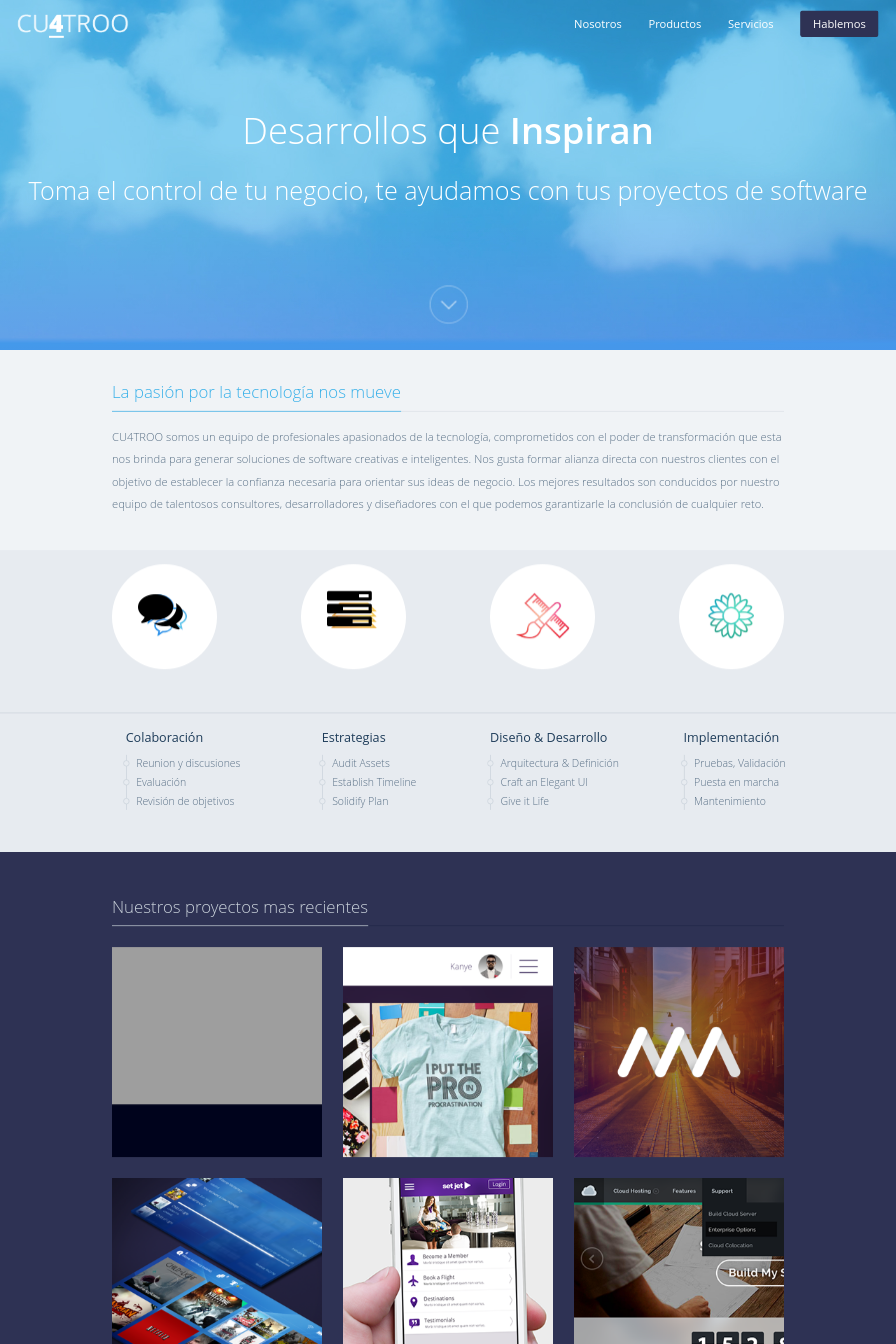
Repository: cuatroo/website
Page: index.html
The author's editor kept a record of every edit. The page is drawn from the files as they stood at one moment, then again after the next edit.
The browser window is 1280 px wide. The pictures show the part of the page from y = 0 to 1920 px (the page is 3294 px tall), at 70% of full size.
Pictures or frames that could not be fetched are drawn as grey boxes. Some web libraries are served in a nearby version.

Above is the page before.
Console error (its wording comes from the project's code and is left out).

After the next edit:
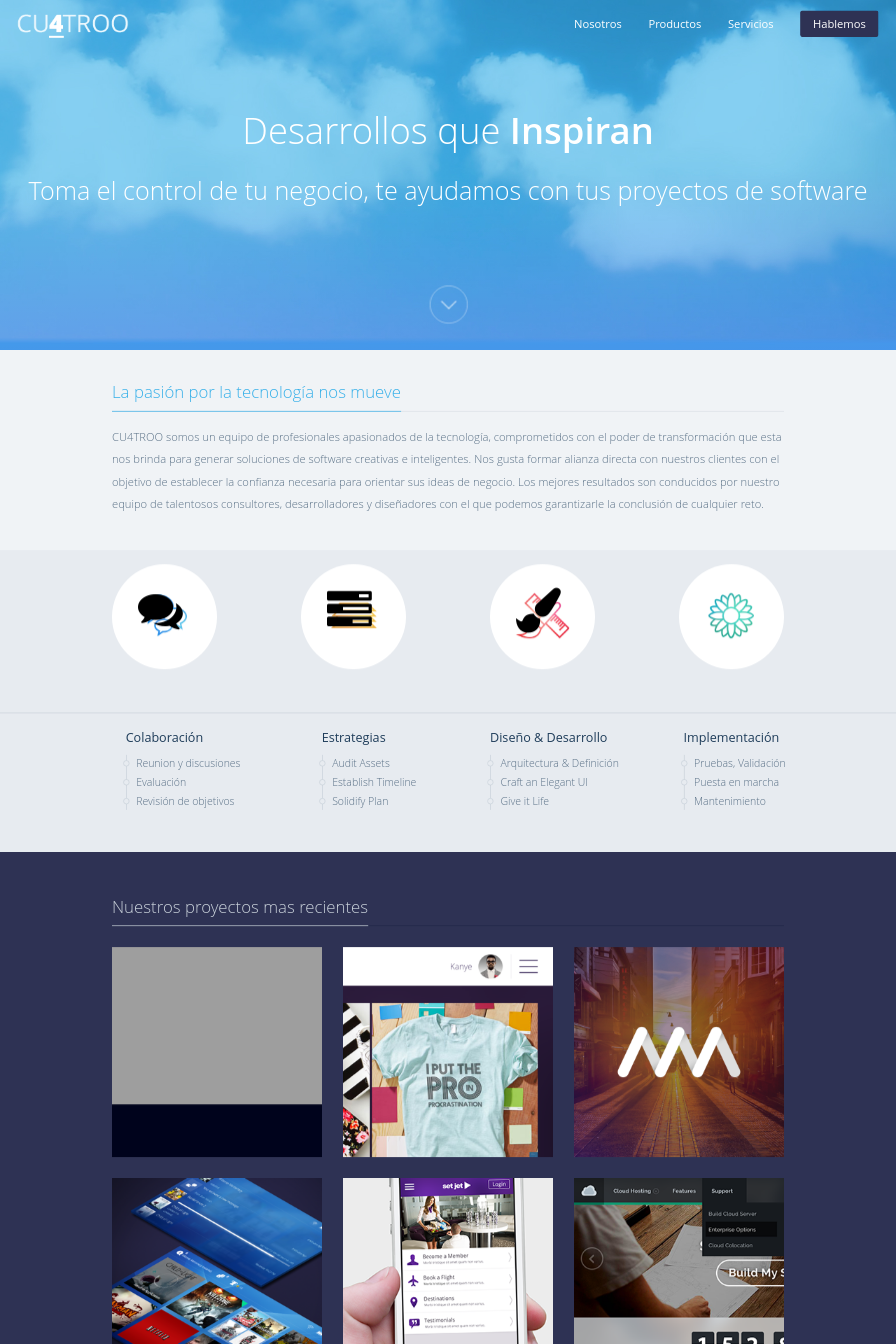
The edit:
--- a/index.html
+++ b/index.html
@@ -106,7 +106,7 @@
 		        					<li class="dev animate">
 			        					<div class="iconContainer">
 			        						<span class="shadowEffect"></span>
-			        						<span class="icon"></span>
+			        						<span class="icon"><i class="fa fa-paint-brush fa-4x"></i></span>
 			        					</div>
 			        					<span class="point autoCenter"></span>
 			        					<div class="details" style="width: 144px;">
